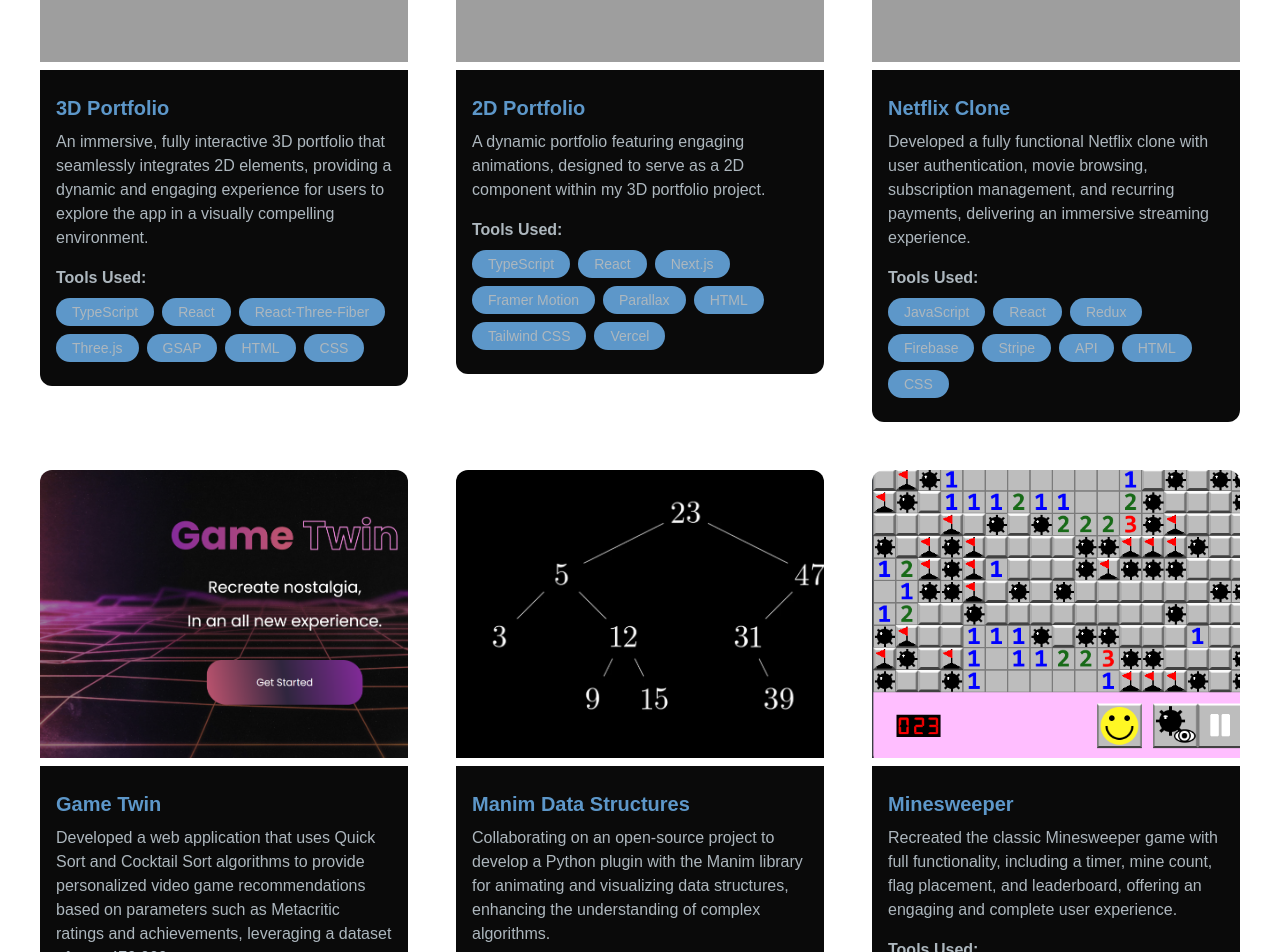
Repository: GG1627/2d-portfolio
Page: /
These files come from the project's save history. The page is drawn as it stood at one moment and after the next save; the edit follows.
The browser window is 1280 px wide. The pictures show the part of the page from y = 1722 to 2674 px (the page is 4780 px tall).
Pictures or frames that could not be fetched are drawn as grey boxes. The project was rebuilt for these pictures with package versions that can differ from the ones it lists, and the page was loaded fresh each time. The framework's server and built-in components were replaced by stand-ins that run in the browser. Also part of the build but not shown: next.config.ts.

Above is the page before, as saved 2025-01-08 10:37:34.

After the next save:
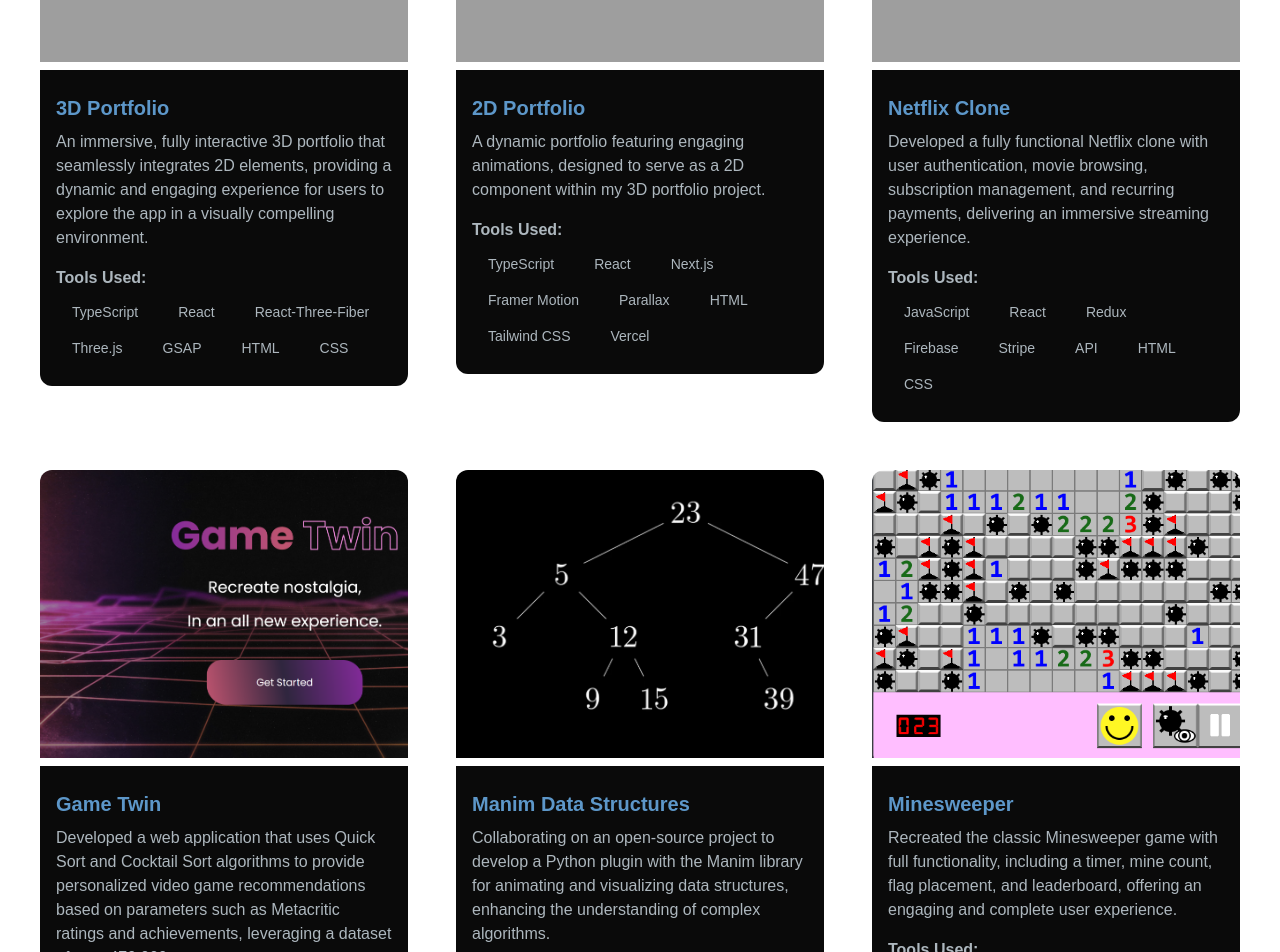
Saved 9 s later.
--- a/app/components/ProjectCard.tsx
+++ b/app/components/ProjectCard.tsx
@@ -53,7 +53,7 @@
             {tools.map((tool, index) => (
               <span
                 key={index}
-                className="bg-[#5D97C9] text-[#ADB7BE] px-4 py-1 rounded-full text-sm"
+                className="bg-[#5D97C9] bg-opacity-0 text-[#ADB7BE] px-4 py-1 rounded-full text-sm"
               >
                 {tool}
               </span>

After the save that followed:
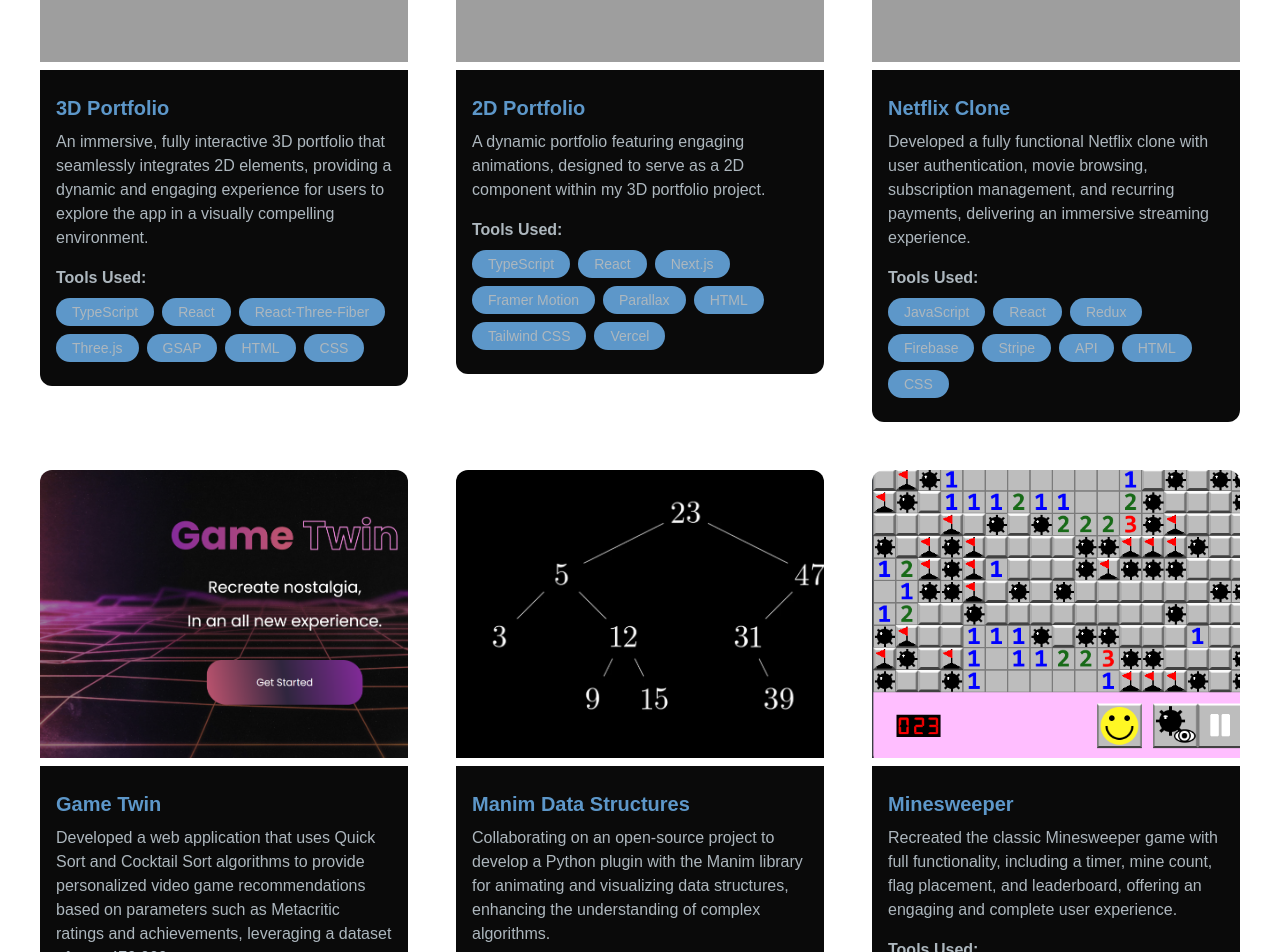
Saved 5 s later.
--- a/app/components/ProjectCard.tsx
+++ b/app/components/ProjectCard.tsx
@@ -53,7 +53,7 @@
             {tools.map((tool, index) => (
               <span
                 key={index}
-                className="bg-[#5D97C9] bg-opacity-0 text-[#ADB7BE] px-4 py-1 rounded-full text-sm"
+                className="bg-[#5D97C9] bg-opacity-1/2 text-[#ADB7BE] px-4 py-1 rounded-full text-sm"
               >
                 {tool}
               </span>
